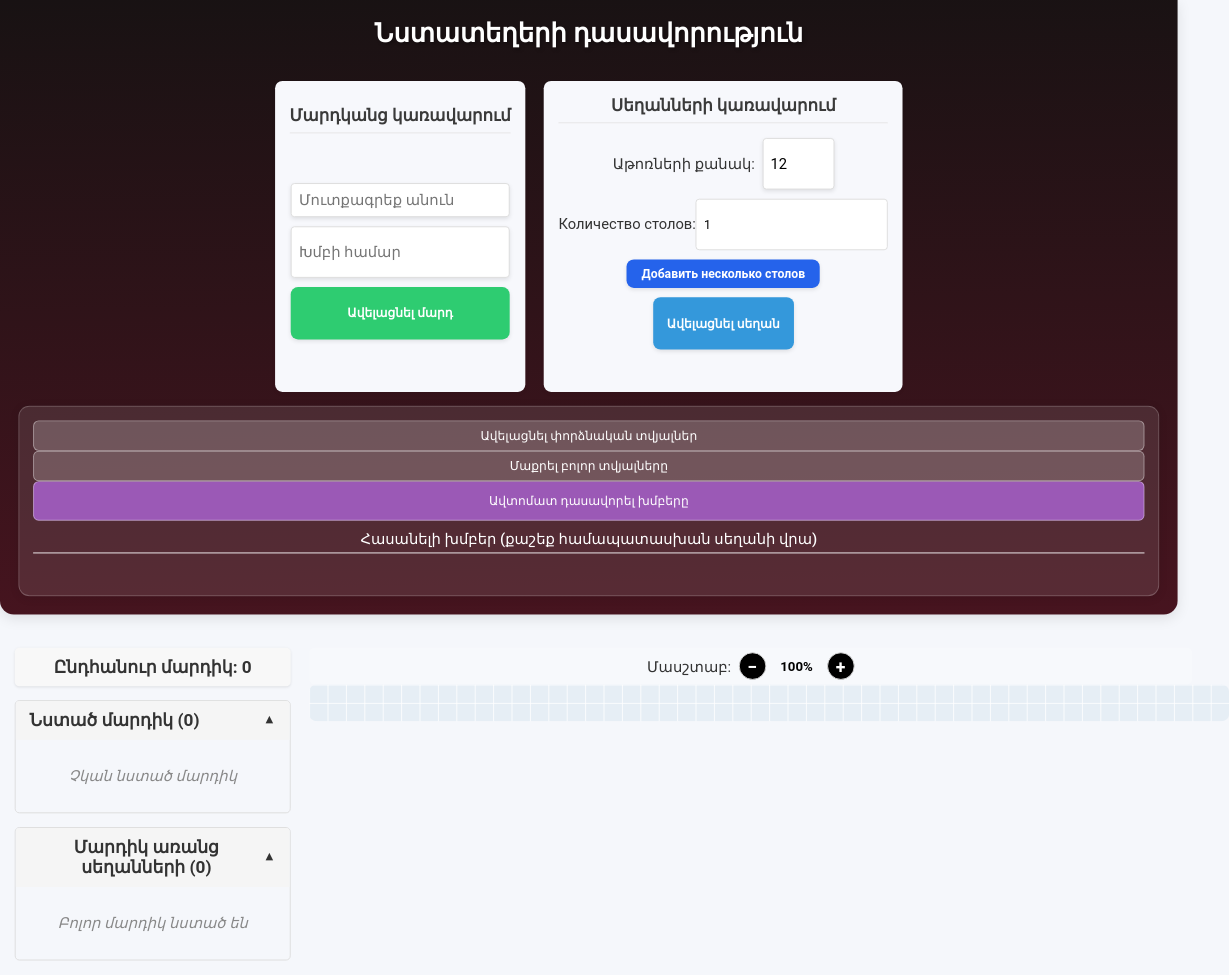
Repository: Vahan-23/Table-V2
Page: /
An editor plug-in stored every save of this project. The page is shown before and after the next save, followed by the edit.
The browser window is 1280 px wide. The page is 1336 px wide, so the pictures cover 1336 px, including what lies to the right of the window. The pictures show the whole page, at 92% of full size.
The project was rebuilt for these pictures with package versions that can differ from the ones it lists, and the page was loaded fresh each time.

Above is the page before, as saved 2025-03-03 12:28:22.

### src/component/App.css
/* Modern styles for the Seating Arrangement app */

* {
  margin: 0;
  padding: 0;
  font-family: 'Roboto', 'Segoe UI', Arial, sans-serif;
}

body {
  background-color: #f5f7fb;
  color: #333;
}

.app-container {
  display: flex;
  flex-direction: column;
  min-height: 100vh;
}

/* Header Styles */
.app-header {
  background: linear-gradient(179deg, #181213 0%, rgb(71 20 31) 100%);
  padding: 20px;
  border-radius: 0 0 15px 15px;
  box-shadow: 0 4px 15px rgba(0, 0, 0, 0.1);
  margin-bottom: 20px;
}

.header-content {
  display: flex;
  justify-content: space-between;
  align-items: center;
  max-width: 1600px;
  margin: 0 auto;
  width: 100%;
  flex-direction: column;
}

.logo {
  color: white;
  font-size: 28px;
  font-weight: bold;
  text-shadow: 2px 2px 4px rgba(0, 0, 0, 0.3);
  margin-bottom: 15px;
}

.header-controls {
  background: rgba(255, 255, 255, 0.15);
  backdrop-filter: blur(10px);
  padding: 15px;
  border-radius: 12px;
  box-shadow: inset 0 1px 1px rgba(255, 255, 255, 0.1), 0 1px 2px rgba(0, 0, 0, 0.1);
  display: flex;
  width: 80%;
}

.control-group {
  display: flex;
  flex-wrap: wrap;
  gap: 1rem;
  width: 100%;
}

.input-group {
  display: flex;
  gap: 10px;
  margin-bottom: 15px;
  align-items: center;
  justify-content: center;
}

.input-field {
  flex: 1;
  padding: 10px 15px;
  border-radius: 8px;
  border: none;
  font-size: 16px;
  box-shadow: 0 2px 5px rgba(0, 0, 0, 0.1);
}

.input-group input,
.table-controls input {
  height: 38px;
  padding: 0.5rem;
  border: 1px solid #ddd;
  border-radius: 4px;
  outline: none;
  transition: border-color 0.2s;
}

.input-group input:focus,
.table-controls input:focus {
  border-color: #2563eb;
}

.group-input-container {
  position: relative;
  flex: 1;
}

.group-dropdown {
  position: absolute;
  top: 100%;
  left: 0;
  width: 100%;
  max-height: 200px;
  overflow-y: auto;
  z-index: 10;
  background-color: white;
  border: none;
  border-radius: 8px;
  box-shadow: 0 4px 12px rgba(0, 0, 0, 0.15);
  margin-top: 5px;
}

.dropdown-item {
  padding: 10px 15px;
  cursor: pointer;
  border-bottom: 1px solid #eee;
  transition: background-color 0.2s;
}

.dropdown-item:hover {
  background-color: #f5f5f5;
}

.dropdown-item-new {
  padding: 10px 15px;
  cursor: pointer;
  background-color: #f0f0f0;
  font-style: italic;
  border-radius: 0 0 8px 8px;
  z-index: 2;
}

.dropdown-empty {
  padding: 10px 15px;
  color: #666;
}

button {
  cursor: pointer;
  border: none;
  border-radius: 4px;
  padding: 0.5rem 1rem;
  font-weight: 500;
  transition: all 0.2s;
}

.primary-btn {
  background-color: #2563eb;
  color: white;
  border: none;
  border-radius: 8px;
  font-weight: bold;
  cursor: pointer;
  box-shadow: 0 2px 5px rgba(0, 0, 0, 0.1);
  transition: transform 0.2s, background-color 0.2s;
}

.primary-btn:hover {
  background-color: #1d4ed8;
}

.add-person-btn {
  /* margin-left: 30px; */
  padding: 21px 20px;
  background-color: #2ecc71;
  color: white;
}

.add-person-btn:hover {
  background-color: #27ae60;
  transform: translateY(-2px);
}

.secondary-btn {
  padding: 8px 15px;
  background-color: rgba(255, 255, 255, 0.2);
  color: white;
  border: 1px solid rgba(255, 255, 255, 0.4);
  border-radius: 6px;
  cursor: pointer;
  transition: background-color 0.2s;
}

.secondary-btn:hover {
  background-color: rgba(255, 255, 255, 0.3);
}

.table-controls {
  display: flex;
  align-items: center;
  gap: 10px;
  margin-bottom: 15px;
  flex-direction: column;
}

.chair-count-input {
  width: 120px;
  padding: 10px 15px;
  border-radius: 8px;
  border: none;
  font-size: 16px;
  box-shadow: 0 2px 5px rgba(0, 0, 0, 0.1);
}

.add-table-btn {
  flex: 1;
  padding: 21px 15px;
  background-color: #3498db;
  color: white;
}

.add-table-btn:hover {
  background-color: #2980b9;
  transform: translateY(-2px);
}

.create-all-tables-btn {
  flex: 2;
  padding: 13px 15px;
  background-color: #9b59b6;
  color: white;
}

.create-all-tables-btn:hover {
  background-color: #8e44ad;
  transform: translateY(-2px);
}

/* Bottom controls section */
.bottom-controls {
  display: flex;
  justify-content: space-between;
  align-items: center;
}

/* Save controls */
.save-controls {
  display: flex;
  align-items: center;
  gap: 0.5rem;
}

/* Zoom controls */
.zoom-controls {
  display: flex;
  align-items: center;
  gap: 8px;
  background-color: rgba(255, 255, 255, 0.2);
  padding: 5px 10px;
  border-radius: 6px;
  justify-content: center;
}

.zoom-btn {
  width: 30px;
  height: 30px;
  border-radius: 50%;
  border: none;
  background-color: rgba(255, 255, 255, 0.3);
  color: white;
  font-size: 18px;
  font-weight: bold;
  cursor: pointer;
  display: flex;
  justify-content: center;
  align-items: center;
}

.zoom-controls button {
  width: 30px;
  height: 30px;
  display: flex;
  align-items: center;
  justify-content: center;
  background-color: #000000;
  border-radius: 50%;
  font-size: 1.2rem;
  padding: 0;
}

.zoom-controls span {
  font-size: 0.9rem;
  min-width: 50px;
  text-align: center;
}

.zoom-percentage {
  color: rgb(0, 0, 0);
  font-weight: bold;
}

/* Groups Container */
.groups-container {
  background-color: rgba(255, 255, 255, 0.1);
  border-radius: 12px;
  padding: 15px;
  margin-top: 15px;
  box-shadow: 0 2px 10px rgba(0, 0, 0, 0.1);
  border: 1px solid rgba(255, 255, 255, 0.2);
}

.groups-header {
  display: flex;
  flex-direction: column;
  gap: 10px;
}

.groups-header h3 {
  color: #ffffff;
  font-size: 1rem;
  font-weight: 500;
}

.groups-title {
  margin: 0 0 10px 0;
  font-size: 20px;
  color: white;
  font-weight: 600;
  border-bottom: 2px solid rgba(255, 255, 255, 0.5);
  padding-bottom: 5px;
  display: inline-block;
}

.groups-wrapper {
  display: flex;
  flex-wrap: nowrap;
  gap: 12px;
  overflow-x: auto;
  padding: 5px 0;
  max-height: 100px;
  max-width: 100%;
  scrollbar-width: thin;
  scrollbar-color: rgba(255, 255, 255, 0.5) transparent;
}

.groups-wrapper::-webkit-scrollbar {
  height: 6px;
  width: 6px;
}

.groups-wrapper::-webkit-scrollbar-track {
  background: #f1f1f1;
  border-radius: 10px;
}

.groups-wrapper::-webkit-scrollbar-thumb {
  background: #3498db;
  border-radius: 10px;
}

.groups-wrapper::-webkit-scrollbar-thumb:hover {
  background: #2980b9;
}

/* Main Content */
.main-content {
  display: flex;
  flex: 1;
  padding: 1rem;
  gap: 20px;
  max-width: 1600px;
  margin: 0 auto;
  width: 100%;
}

/* Sidebar */
.sidebar {
  width: 300px;
  flex-shrink: 0;
}

.unseated-people-list,
.people-list {
  background-color: white;
  border-radius: 8px;
  padding: 15px;
  margin-top: 20px;
  box-shadow: 0 2px 8px rgba(0, 0, 0, 0.1);
  margin-bottom: 1.5rem;
}

.unseated-people-list h3,
.people-list h3 {
  margin-top: 0;
  margin-bottom: 15px;
  color: #333;
  font-size: 18px;
  font-weight: 600;
  border-bottom: 1px solid #e5e7eb;
  padding-bottom: 0.5rem;
}

.unseated-people-grid,
.people-grid {
  display: grid;
  grid-template-columns: repeat(auto-fill, minmax(120px, 1fr));
  gap: 10px;
}

.unseated-person-card,
.person-card {
  position: relative;
  background-color: #f9f9f9;
  border-radius: 6px;
  padding: 10px;
  box-shadow: 0 1px 3px rgba(0, 0, 0, 0.1);
  font-size: 0.9rem;
  display: flex;
  justify-content: space-between;
  align-items: center;
}

.person-card {
  flex-direction: column;
  align-items: flex-start;
  gap: 0.25rem;
}

.person-name {
  display: block;
  font-weight: bold;
  font-size: 14px;
  margin-bottom: 4px;
}

.person-group {
  display: block;
  font-size: 12px;
  color: #666;
}

.group-tag {
  background-color: #e0e7ff;
  color: #4f46e5;
  border-radius: 4px;
  padding: 0.15rem 0.4rem;
  font-size: 0.75rem;
  font-weight: 500;
}

.delete-btn {
  position: absolute;
  top: 5px;
  right: 5px;
  width: 20px;
  height: 20px;
  border-radius: 50%;
  background-color: #e74c3c;
  color: white;
  border: none;
  display: flex;
  align-items: center;
  justify-content: center;
  font-size: 10px;
  cursor: pointer;
  opacity: 0.7;
  transition: opacity 0.2s;
}

.delete-btn:hover {
  background-color: #fee2e2;
  opacity: 1;
}

/* Tables Area */
.tables-area {
  background-image: linear-gradient(rgba(255, 255, 255, 0.8) 1px, transparent 1px),
    linear-gradient(90deg, rgba(255, 255, 255, 0.8) 1px, transparent 1px);
  background-size: 20px 20px;
  background-color: #e6eef5;
  flex: 1;
  min-height: 600px;
  border-radius: 8px;
  padding: 20px;
  position: relative;
  transform-origin: top left;
  display: flex;
  flex-wrap: wrap;
  gap: 2rem;
  align-content: flex-start;
  min-height: 70vh;
}

/* Table Styles */
.table-container {
  background-color: white;
  border-radius: 10px;
  box-shadow: 0 4px 12px rgba(0, 0, 0, 0.08);
  padding: 1rem;
  width: fit-content;
  margin-bottom: 20px;
  flex-shrink: 0;
}

.table-header {
  display: flex;
  justify-content: space-between;
  align-items: center;
  margin-bottom: 1rem;
}

.table-header h3 {
  font-size: 1rem;
  font-weight: 600;
  color: #374151;
}

.delete-table-btn {
  background-color: #fee2e2;
  color: #ef4444;
  font-size: 0.8rem;
  padding: 0.25rem 0.5rem;
}

.delete-table-btn:hover {
  background-color: #fecaca;
}

.table {
  margin: 20px;
  width: 200px;
  height: 200px;
  border: 50px solid #e7d8c7;
  border-radius: 50%;
  display: flex;
  justify-content: center;
  align-items: center;
  background-image: url('../../public/table.jpg');
  background-size: cover;
}

.table-top {
  position: relative;
  top: -15%;
  left: -15%;
}

.chair {
  position: absolute;
  width: 60px;
  height: 60px;
  background-size: cover;
  background-position: center;
  background-repeat: no-repeat;
  color: white;
  display: flex;
  justify-content: center;
  align-items: center;
  border-radius: 50%;
  font-size: 12px;
  text-align: center;
  cursor: pointer;
  transition: transform 0.2s ease, opacity 0.2s ease;
}

.chair:hover {
  transform: scale(1.1);
  opacity: 0.7;
}

/* New Table Dropzone */
.new-table-dropzone {
  width: 300px;
  height: 200px;
  border: 2px dashed #3498db;
  border-radius: 8px;
  display: flex;
  align-items: center;
  justify-content: center;
  background-color: rgba(52, 152, 219, 0.05);
  transition: all 0.3s;
  margin-bottom: 20px;
}

.new-table-dropzone.hovered {
  background-color: rgba(52, 152, 219, 0.47);
  border-color: #4f46e5;
}

.dropzone-content {
  display: flex;
  flex-direction: column;
  align-items: center;
  justify-content: center;
  text-align: center;
  padding: 20px;
  gap: 1rem;
}

.dropzone-icon {
  font-size: 32px;
  color: #3498db;
  margin-bottom: 10px;
}

.dropzone-text {
  font-size: 16px;
  font-weight: bold;
  color: #333;
}

/* Popup styles */
.popup-overlay {
  position: fixed;
  top: 0;
  left: 0;
  right: 0;
  bottom: 0;
  background-color: rgba(0, 0, 0, 0.5);
  display: flex;
  align-items: center;
  justify-content: center;
  z-index: 1000;
}

.popup {
  background-color: white;
  border-radius: 10px;
  padding: 1.5rem;
  min-width: 300px;
  max-width: 400px;
  max-height: 80vh;
  overflow-y: auto;
  box-shadow: 0 10px 25px rgba(0, 0, 0, 0.2);
}

.popup h3 {
  margin-bottom: 1rem;
  color: #374151;
}

.person-selection-list {
  list-style: none;
  margin-bottom: 1rem;
}

.person-selection-list li {
  padding: 0.75rem;
  border-radius: 6px;
  cursor: pointer;
  transition: background-color 0.2s;
}

.person-selection-list li:hover {
  background-color: #f3f4f6;
}

.close-btn {
  background-color: #e5e7eb;
  color: #4b5563;
  width: 100%;
  padding: 0.75rem;
  border-radius: 6px;
  margin-top: 1rem;
}

.close-btn:hover {
  background-color: #d1d5db;
}

/* Fullscreen popup styles */
.fullscreen-popup {
  position: fixed;
  top: 0;
  left: 0;
  width: 100%;
  height: 100%;
  background-color: rgba(0, 0, 0, 0.7);
  z-index: 1000;
  display: flex;
  justify-content: center;
  align-items: center;
}

.fullscreen-popup-overlay {
  position: absolute;
  top: 0;
  left: 0;
  width: 100%;
  height: 100%;
  background-color: rgba(0, 0, 0, 0.7);
  display: flex;
  justify-content: center;
  align-items: center;
}

.fullscreen-popup-content {
  background-color: white;
  border-radius: 8px;
  padding: 20px;
  max-width: 600px;
  width: 90%;
  max-height: 80vh;
  overflow-y: auto;
  box-shadow: 0 10px 25px rgba(0, 0, 0, 0.2);
}

.fullscreen-popup-content h3 {
  margin-top: 0;
  margin-bottom: 20px;
  text-align: center;
  font-size: 18px;
  color: #333;
}

.person-selection-grid {
  display: grid;
  grid-template-columns: repeat(auto-fill, minmax(180px, 1fr));
  gap: 15px;
  margin-bottom: 20px;
  max-height: 60vh;
  overflow-y: auto;
  padding: 10px;
  margin-top: 20px;
}

.person-selection-item {
  background-color: #f9f9f9;
  border: 1px solid #ddd;
  border-radius: 6px;
  padding: 12px;
  cursor: pointer;
  transition: all 0.2s ease;
  display: flex;
  flex-direction: column;
}

.person-selection-item:hover {
  background-color: #e8f4fd;
  transform: translateY(-2px);
  box-shadow: 0 4px 8px rgba(0, 0, 0, 0.1);
}

.person-selection-name {
  display: block;
  font-weight: bold;
  margin-bottom: 4px;
}

.person-selection-group {
  display: block;
  font-size: 12px;
  color: #666;
}

.no-people-message {
  text-align: center;
  padding: 20px;
  color: #666;
  grid-column: 1 / -1;
}

.close-popup-btn {
  display: block;
  margin: 0 auto;
  background-color: #3498db;
  color: white;
  border: none;
  border-radius: 4px;
  padding: 10px 20px;
  font-size: 16px;
  cursor: pointer;
  transition: background-color 0.2s ease;
}

.close-popup-btn:hover {
  background-color: #2980b9;
}

/* Remove person popup */
.remove-person-popup {
  text-align: center;
}

.popup-title {
  text-align: center;
  margin-bottom: 20px;
}

.person-info-card {
  background-color: #f9f9f9;
  padding: 15px;
  border-radius: 8px;
  margin-bottom: 20px;
  box-shadow: 0 2px 4px rgba(0, 0, 0, 0.1);
}

.person-info-name {
  text-align: center;
  font-size: 18px;
  margin: 0 0 10px 0;
  font-weight: bold;
}

.person-info-group {
  text-align: center;
  margin: 0;
  color: #666;
}

.confirmation-text {
  text-align: center;
  margin-bottom: 20px;
  color: #555;
}

.popup-buttons {
  display: flex;
  justify-content: center;
  gap: 15px;
}

.remove-btn {
  padding: 10px 20px;
  background-color: #e74c3c;
  color: white;
  border: none;
  border-radius: 4px;
  cursor: pointer;
  font-weight: bold;
}

.cancel-btn {
  padding: 10px 20px;
  background-color: #7f8c8d;
  color: white;
  border: none;
  border-radius: 4px;
  cursor: pointer;
}

/* Group card styles */
.group-card {
  flex: 0 0 auto;
  min-width: 100px;
  background-color: white;
  border-radius: 6px;
  padding: 8px 12px;
  box-shadow: 0 1px 3px rgba(0, 0, 0, 0.1);
  cursor: grab;
  transition: transform 0.2s, box-shadow 0.2s;
  border-left: 4px solid #3498db;
}

.group-card:hover {
  transform: translateY(-2px);
  box-shadow: 0 3px 6px rgba(0, 0, 0, 0.15);
}

.group-card.dragging {
  opacity: 0.5;
}

.group-name {
  font-weight: 600;
  font-size: 0.9rem;
  color: #2563eb;
  margin-bottom: 5px;
}

.group-count {
  font-size: 0.8rem;
  color: #6b7280;
  margin-top: 0.25rem;
}

/* Responsive adjustments */
@media (max-width: 992px) {
  .header-content {
    flex-direction: column;
    align-items: flex-start;
    gap: 1rem;
  }

  .header-controls {
    width: 100%;
  }

  .main-content {
    flex-direction: column;
  }

  .sidebar {
    width: 100%;
  }
}


.people-section {
  display: flex;
  flex-direction: column;
  gap: 15px;
}

.total-people-counter {
  background-color: #f8f8f8;
  padding: 10px;
  border-radius: 5px;
  text-align: center;
  box-shadow: 0 1px 3px rgba(0, 0, 0, 0.1);
}

.people-box {
  border: 1px solid #ddd;
  border-radius: 5px;
  overflow: hidden;
}

.people-header {
  display: flex;
  align-items: center;
  justify-content: space-between;
  padding: 10px 15px;
  background-color: #f5f5f5;
  cursor: pointer;
}

.people-header:hover {
  background-color: #e9e9e9;
}

.expand-arrow {
  font-size: 14px;
  transition: transform 0.3s ease;
}

.expand-arrow.expanded {
  transform: rotate(180deg);
}

.people-grid-container {
  max-height: 700px;
  overflow-y: auto;
}

.people-grid {
  display: grid;
  grid-template-columns: repeat(auto-fill, minmax(200px, 1fr));
  gap: 10px;
  padding: 10px;
}

.person-card {
  position: relative;
  padding: 10px;
  border-radius: 4px;
  box-shadow: 0 1px 3px rgba(0, 0, 0, 0.1);
  display: flex;
  flex-direction: column;
}

.person-card.seated {
  background-color: rgba(144, 238, 144, 0.2);
  border-left: 3px solid #4CAF50;
}

.person-card.unseated {
  background-color: rgba(255, 235, 205, 0.2);
  border-left: 3px solid #FFA500;
}

.person-name {
  font-weight: bold;
  margin-bottom: 4px;
}

.person-group {
  font-size: 12px;
  color: #666;
}

.delete-btn {
  position: absolute;
  top: 5px;
  right: 5px;
  width: 20px;
  height: 20px;
  border-radius: 50%;
  background-color: #ff6b6b;
  color: white;
  border: none;
  display: flex;
  align-items: center;
  justify-content: center;
  cursor: pointer;
  font-size: 10px;
}

.delete-btn:hover {
  background-color: #ff5252;
}

.empty-message {
  grid-column: 1 / -1;
  padding: 20px;
  text-align: center;
  color: #888;
  font-style: italic;
}

/* Scrollbar styling */
.people-grid-container::-webkit-scrollbar {
  width: 8px;
}

.people-grid-container::-webkit-scrollbar-track {
  background: #f1f1f1;
  border-radius: 4px;
}

.people-grid-container::-webkit-scrollbar-thumb {
  background: #888;
  border-radius: 4px;
}

.people-grid-container::-webkit-scrollbar-thumb:hover {
  background: #555;
}

/* Split header sections styling */
.header-sections {
  display: flex;
  width: 100%;
  gap: 20px;
  margin-top: 20px;
  justify-content: center;
}

.header-section {
  /* flex: 1 1; */
  display: flex;
  height: auto;
  background-color: #f7f8fc;
  border-radius: 8px;
  padding: 16px;
  box-shadow: 0 2px 5px rgba(0, 0, 0, 0.05);
  flex-direction: column;
  justify-content: space-around;
}

.section-main-title {
  color: #3a3a3a;
  margin-top: 0;
  margin-bottom: 16px;
  padding-bottom: 8px;
  border-bottom: 1px solid #e5e5e5;
  font-size: 18px;
}

/* People section specific */
.people-section .input-row {
  display: flex;
  gap: 10px;
  margin-bottom: 15px;
  flex-direction: column;
}

.people-section .data-management {
  margin-top: 20px;
}

/* Table section specific */
.tables-section .table-controls-row {
  display: flex;
  align-items: center;
  gap: 10px;
  margin-bottom: 15px;
  flex-direction: column;

}

.tables-section .chair-count-container {
  display: flex;
  align-items: center;
  gap: 8px;
}

.tables-section .chair-count-input {
  width: 60px;
}

.tables-section .zoom-controls {
  display: flex;
  align-items: center;
  margin-top: 20px;
  gap: 10px;
}

.zoom-buttons {
  display: flex;
  align-items: center;
}

.zoom-btn {
  width: 30px;
  height: 30px;
  display: flex;
  align-items: center;
  justify-content: center;
  border-radius: 4px;
  background-color: #f0f0f0;
  border: 1px solid #ddd;
  cursor: pointer;
}

.zoom-percentage {
  margin: 0 8px;
  min-width: 50px;
  text-align: center;
}

.data-buttons {
  display: flex;
  flex-direction: column;
  align-items: stretch;
}

Loaded but not shown: public/index.html (common file); src/index.js (common file); src/index.css (common file); src/reportWebVitals.js (common file); src/App.css (common file); src/App.js (12 lines, source omitted); src/component/SeatingArrangement.jsx (1081 lines, source omitted)

After the next save:
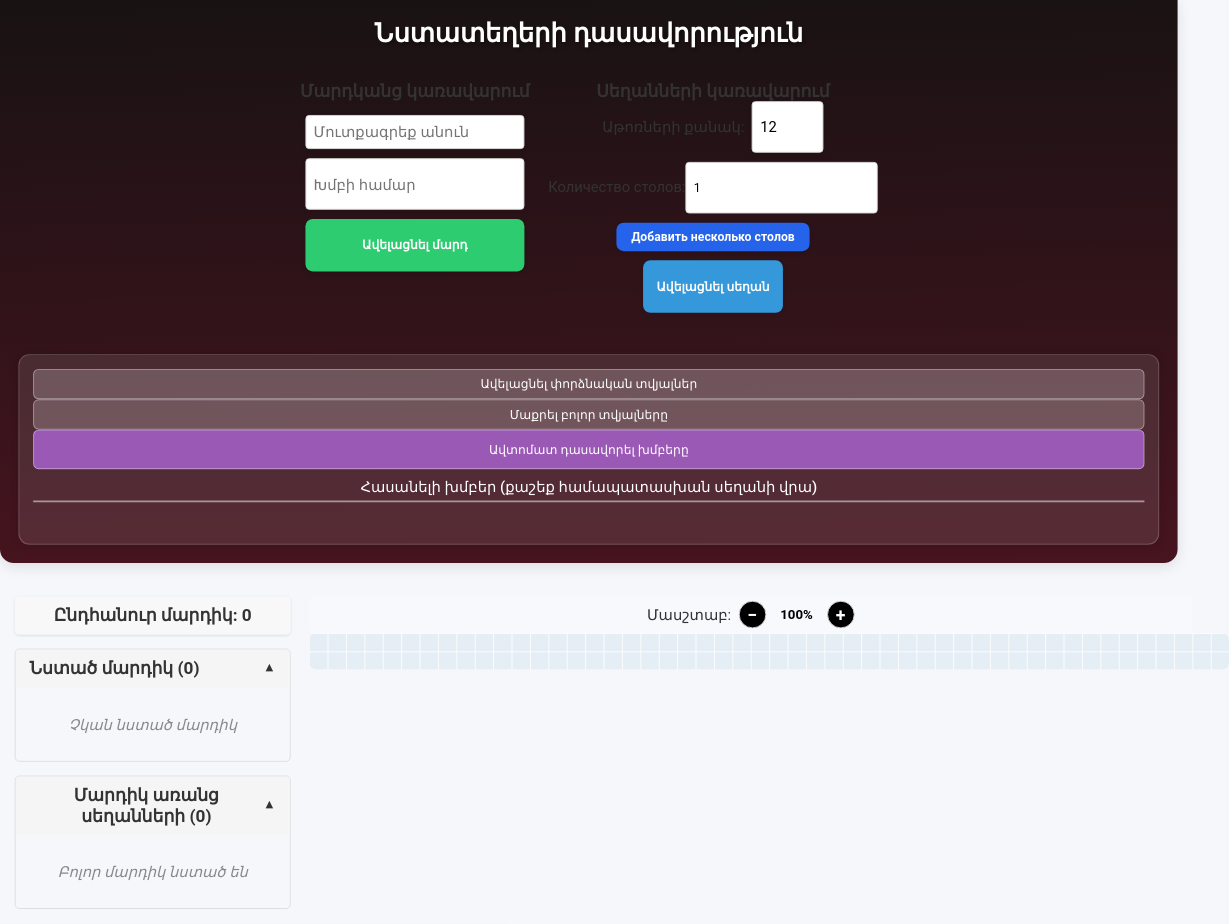
Saved 4 s later.
--- a/src/component/App.css
+++ b/src/component/App.css
@@ -1029,7 +1029,7 @@ button {
   justify-content: center;
 }
 
-.header-section {
+/* .header-section {
   /* flex: 1 1; */
   display: flex;
   height: auto;
@@ -1039,7 +1039,7 @@ button {
   box-shadow: 0 2px 5px rgba(0, 0, 0, 0.05);
   flex-direction: column;
   justify-content: space-around;
-}
+} */
 
 .section-main-title {
   color: #3a3a3a;
